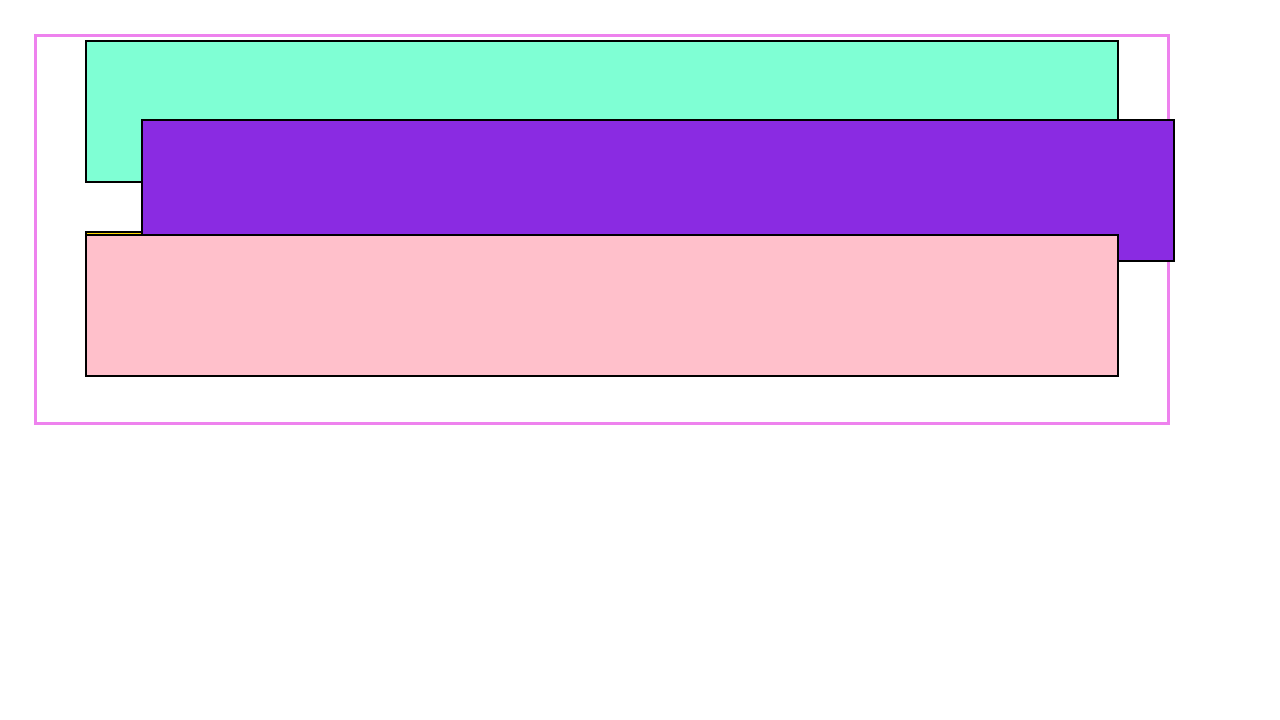
Repository: diensy/Web_dev
Page: Css/Position Property/position.html
The author's editor kept a copy of each file at every save. The page is drawn from the files as they stood at one save, then again after a run of saves.
The browser window is 1280 px wide. The pictures show the whole page.

Above is the page before, as saved 2024-05-27 19:49:09.

### Css/Position Property/position.html
<!DOCTYPE html>
<html lang="en">
  <head>
    <meta charset="UTF-8" />
    <meta name="viewport" content="width=device-width, initial-scale=1.0" />
    <title>Position</title>
    <link rel="stylesheet" href="position.css" />
  </head>
  <body>
    <div class="parent">
      <div class="box box1"></div>
      <div class="box box2"></div>
      <div class="box box3"></div>
      <div class="box box4"></div>
    </div>
  </body>
</html>

### Css/Position Property/position.css
* {
  margin: 0;
  padding: 0;
}
.parent {
  padding: 45px;
  margin: 34px;
  border: 3px solid violet;
  position: absolute;
}
.box {
  border: 2px solid black;
  height: 133px;
  width: 80vw;
  padding: 3px;
  margin: 3px;
}
.box1 {
  background-color: aquamarine;
  position: absolute;
  top: 0px;
}
.box2 {
  background-color: blueviolet;
  position: relative;
  top: 34px;
  left: 56px;
}
.box3 {
  background-color: pink;
  position: fixed;

}
.box4 {
  background-color: gold;
}

After the next 2 saves:
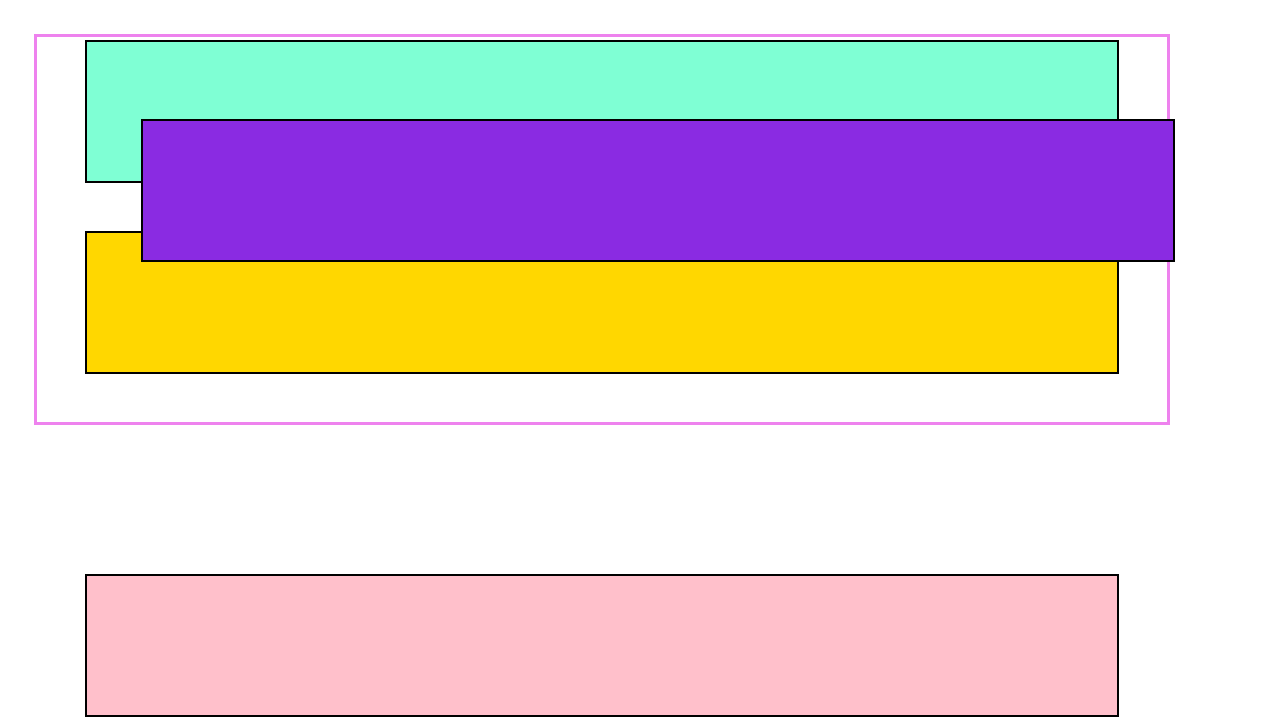
The 2 saves are shown as one change because they came seconds apart.
The last was saved 9 s later.
--- a/Css/Position Property/position.css
+++ b/Css/Position Property/position.css
@@ -29,6 +29,7 @@
 .box3 {
   background-color: pink;
   position: fixed;
+  bottom: 0px;
 
 }
 .box4 {
